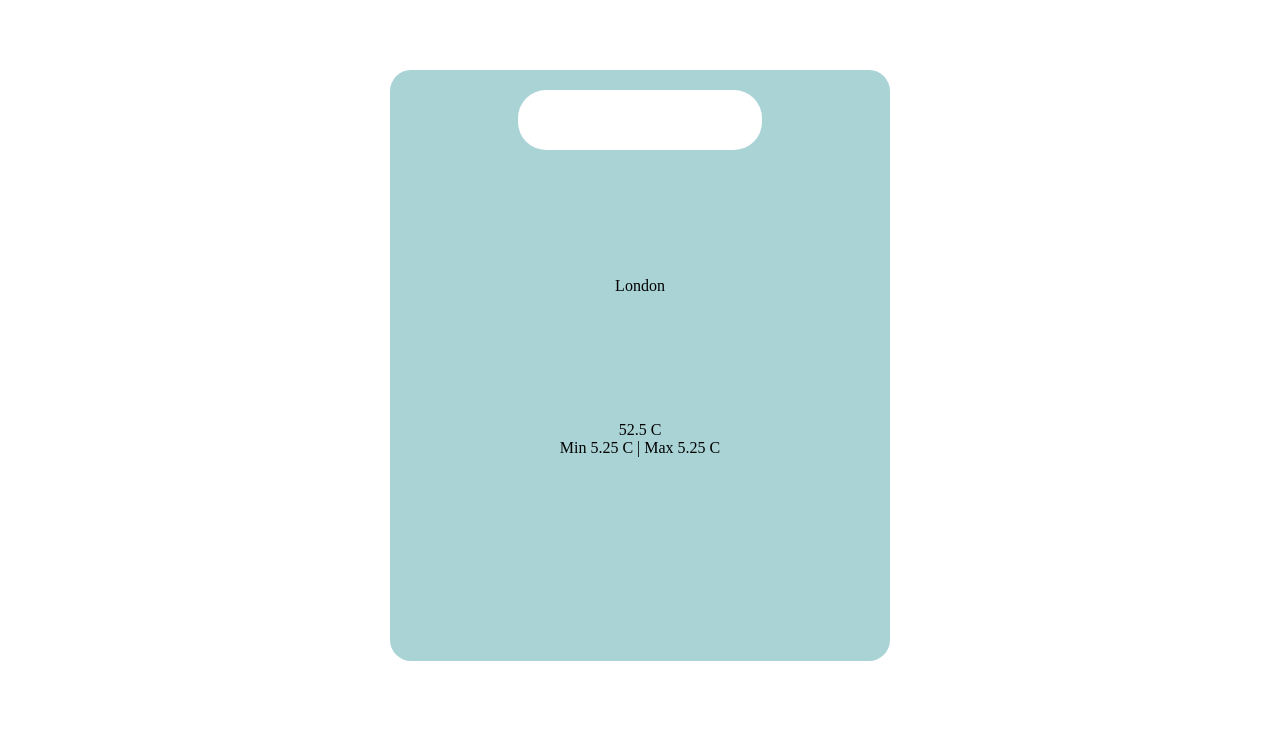
Repository: WajihaGul/Weather-App
Page: /
An editor plug-in stored every save of this project. The page is shown before and after the next save, followed by the edit.
The browser window is 1280 px wide. The pictures show the whole page.
The project was rebuilt for these pictures with package versions that can differ from the ones it lists, and the page was loaded fresh each time. Also part of the build but not shown: src/index.css.

Above is the page before, as saved 2024-05-29 18:14:26.

### public/index.html
<!DOCTYPE html>
<html lang="en">
  <head>
    <meta charset="utf-8" />
    <link rel="icon" href="%PUBLIC_URL%/favicon.ico" />
    <meta name="viewport" content="width=device-width, initial-scale=1" />
    <meta name="theme-color" content="#000000" />
    <meta
      name="description"
      content="Web site created using create-react-app"
    />
    <link rel="apple-touch-icon" href="%PUBLIC_URL%/logo192.png" />
    <!--
      manifest.json provides metadata used when your web app is installed on a
      user's mobile device or desktop. See https://developers.google.com/web/fundamentals/web-app-manifest/
    -->
    <link rel="stylesheet" href="https://cdnjs.cloudflare.com/ajax/libs/font-awesome/6.5.2/css/all.min.css" integrity="sha512-SnH5WK+bZxgPHs44uWIX+LLJAJ9/2PkPKZ5QiAj6Ta86w+fsb2TkcmfRyVX3pBnMFcV7oQPJkl9QevSCWr3W6A==" crossorigin="anonymous" referrerpolicy="no-referrer" />
    <link rel="manifest" href="%PUBLIC_URL%/manifest.json" />
    <!--
      Notice the use of %PUBLIC_URL% in the tags above.
      It will be replaced with the URL of the `public` folder during the build.
      Only files inside the `public` folder can be referenced from the HTML.

      Unlike "/favicon.ico" or "favicon.ico", "%PUBLIC_URL%/favicon.ico" will
      work correctly both with client-side routing and a non-root public URL.
      Learn how to configure a non-root public URL by running `npm run build`.
    -->
    <title>Weather App</title>
  </head>
  <body>
    <noscript>You need to enable JavaScript to run this app.</noscript>
    <div id="root"></div>
    <!--
      This HTML file is a template.
      If you open it directly in the browser, you will see an empty page.

      You can add webfonts, meta tags, or analytics to this file.
      The build step will place the bundled scripts into the <body> tag.

      To begin the development, run `npm start` or `yarn start`.
      To create a production bundle, use `npm run build` or `yarn build`.
    -->
  </body>
</html>

### src/App.js
import Weather from "./Components/Weather/Weather";
function App() {
  return <Weather />;
}

export default App;

### src/Components/Weather/Weather.jsx
import { TiWeatherCloudy } from "react-icons/ti";
import styles from "./Weather.module.css";
const Weather = () => {
  return (
    <>
      <div className={styles.divhead}>
        <div>
          <input className={styles.search} type="search" />
        </div>
        <div className={styles.city}>London</div>
        <div className={styles.temperature}>52.5 C</div>
        <div className={styles.minmax}>Min 5.25 C | Max 5.25 C</div>
      </div>
    </>
  );
};

export default Weather;

### src/Components/Weather/Weather.module.css
.divhead{
        height: 591px;
    width: 500px;
    background-color: #aad3d5;
    margin: 0 auto;
    margin-top: 70px;
    margin-bottom: 70px;
    display: flex;
    flex-direction: column;
    align-items: center;
    border-radius: 21px;
}
.search{
    margin-top: 20px;
    width: 244px;
    height: 60px;
    border: none;
    border-radius: 28px;
}
.city{
        padding-left: 50px;
    padding-right: 50px;
    padding-top: 126px;
    padding-bottom: 126px;
    font-family: emoji;
}

Loaded but not shown: src/index.js (common file); src/reportWebVitals.js (common file)

After the next save:
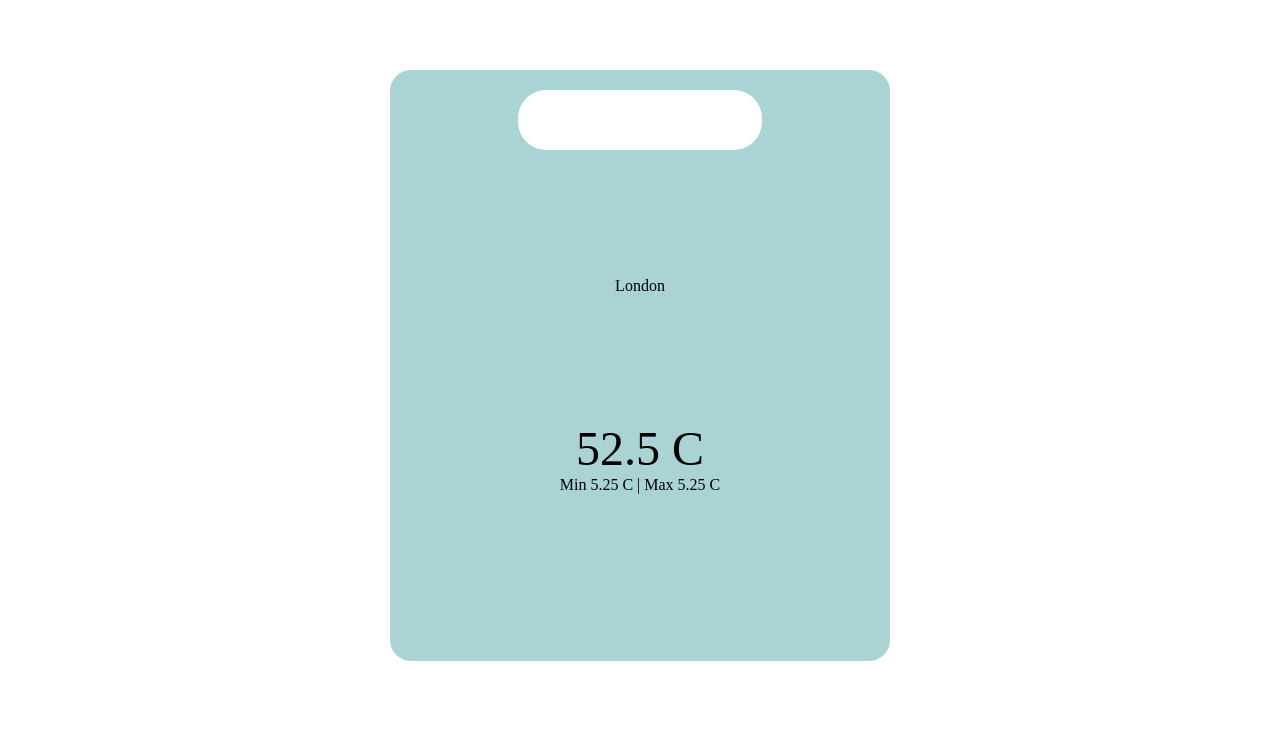
Saved 45 s later.
--- a/src/Components/Weather/Weather.module.css
+++ b/src/Components/Weather/Weather.module.css
@@ -24,3 +24,6 @@
     padding-bottom: 126px;
     font-family: emoji;
 }
+.temperature{
+    font-size: xxx-large;
+}
